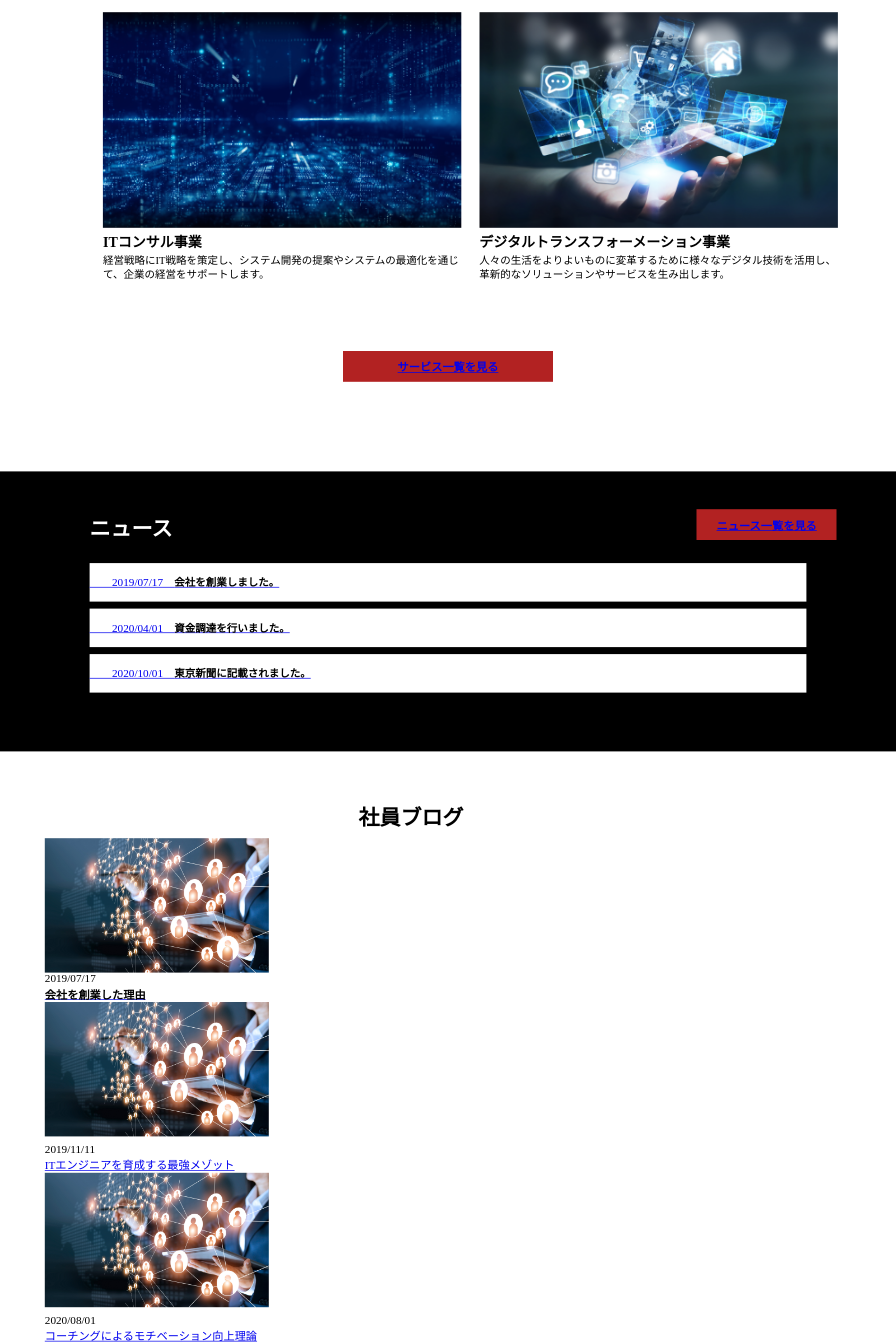
Repository: sigemasaasuka/20211012sigemasa
Page: index.html
An editor plug-in stored every save of this project. The page is shown before and after a run of saves, followed by the edit.
The browser window is 1280 px wide. The pictures show the part of the page from y = 1338 to 3258 px (the page is 3258 px tall before and 3248 px after), at 70% of full size.

Above is the page before, as saved 2021-10-19 17:53:27.

After the next 3 saves:
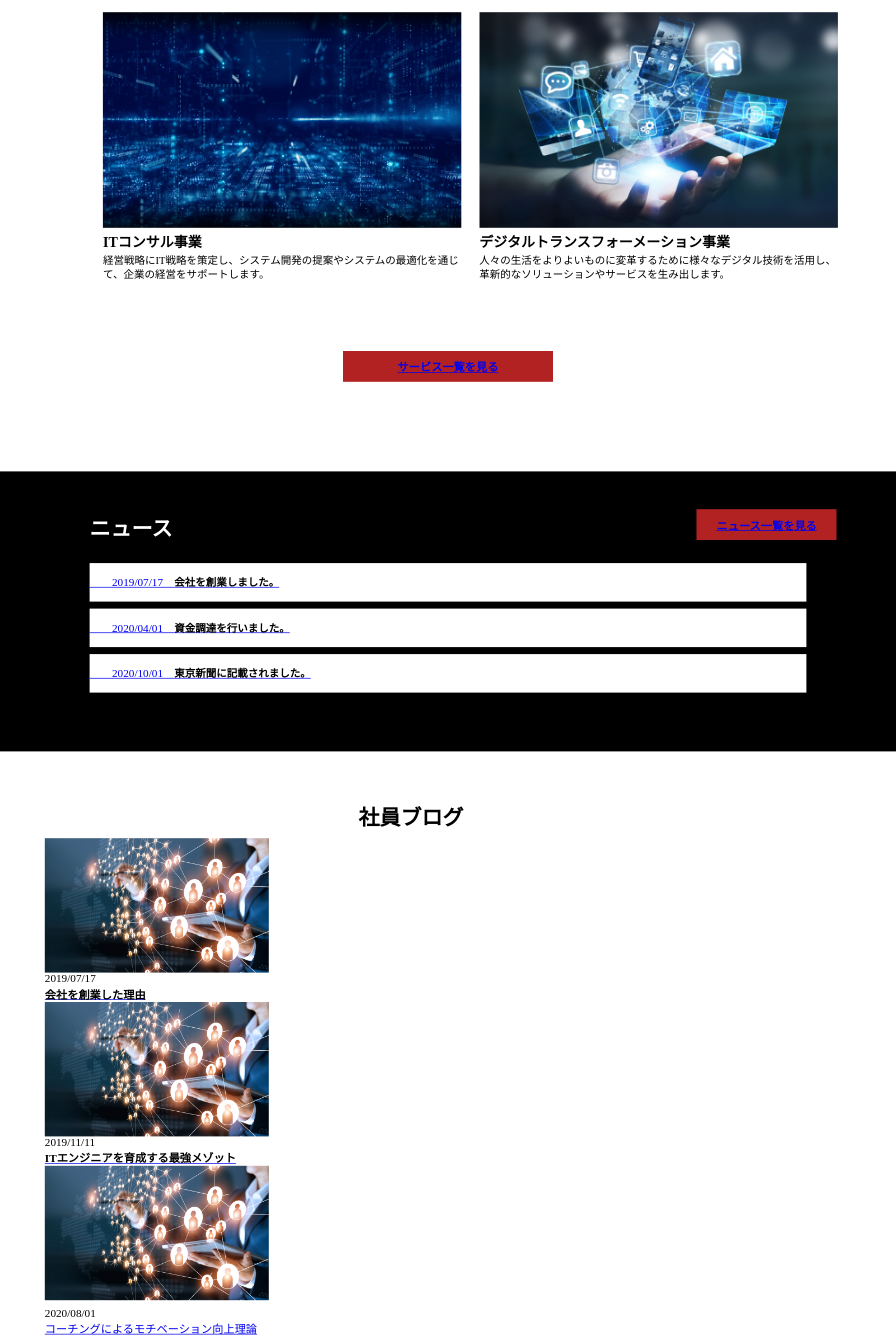
The 3 saves are shown as one change because they came seconds apart.
The last was saved 39 s later.
--- a/index.html
+++ b/index.html
@@ -122,9 +122,9 @@
           <a href="index.html">
             <img src="img/blog.png" alt="blog">
           </a>
-          <p class="nurturing">2019/11/11</p>
+          <p class="nurturing1">2019/11/11</p>
           <a href="index.html">
-            <p class="nurturing1">ITエンジニアを育成する最強メゾット</p>
+            <p class="nurturing2">ITエンジニアを育成する最強メゾット</p>
           </a>
         </div>
 
